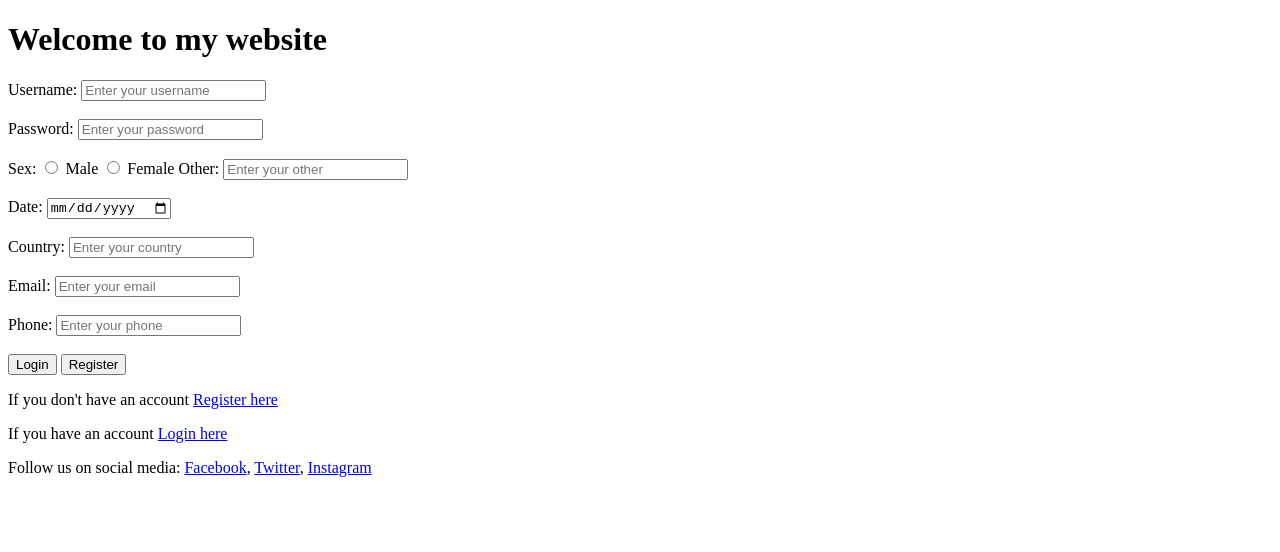
Repository: bao2222/hoc-lam-web
Page: welcome.html
An editor plug-in stored every save of this project. The page is shown before and after the next save, followed by the edit.
The browser window is 1280 px wide. The pictures show the whole page.

Above is the page before, as saved 2024-12-24 19:43:25.

After the next save:
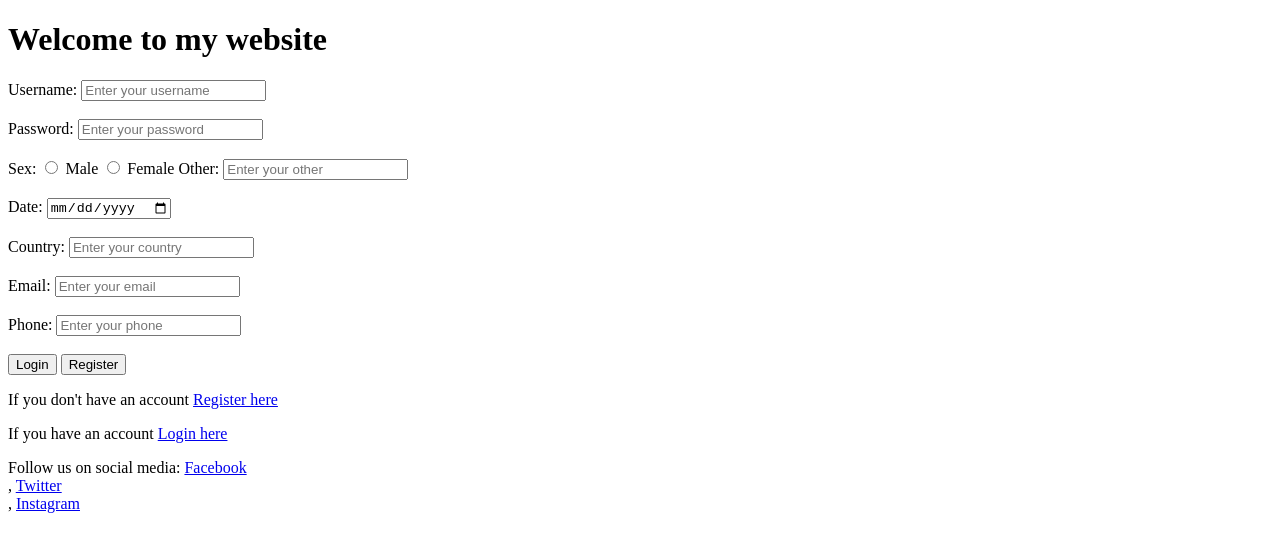
Saved 32 s later.
--- a/welcome.html
+++ b/welcome.html
@@ -51,7 +51,7 @@
                 </div>
 
                 <div>
-                    <p>Follow us on social media: <a href="#">Facebook</a>, <a href="#">Twitter</a>, <a href="#">Instagram</a></p>
+                    <p>Follow us on social media: <a href="#">Facebook</a><br>, <a href="#">Twitter</a><br>, <a href="#">Instagram</a><br></p>
                 </div>
 
 
